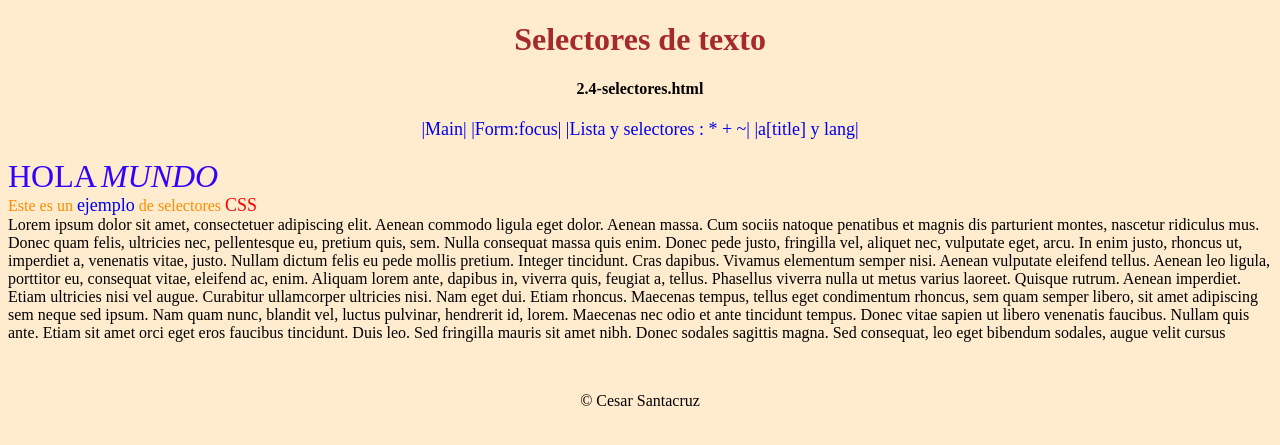
Repository: cesarsant0203/My_Study
Page: Introducción al desarrollo web/2-Css/2.4-selectores_css.html
The author's editor kept a copy of each file at every save. The page is drawn from the files as they stood at one save, then again after the next save.
The browser window is 1280 px wide. The pictures show the whole page.

Above is the page before, as saved 2020-04-28 19:52:57.

After the next save:
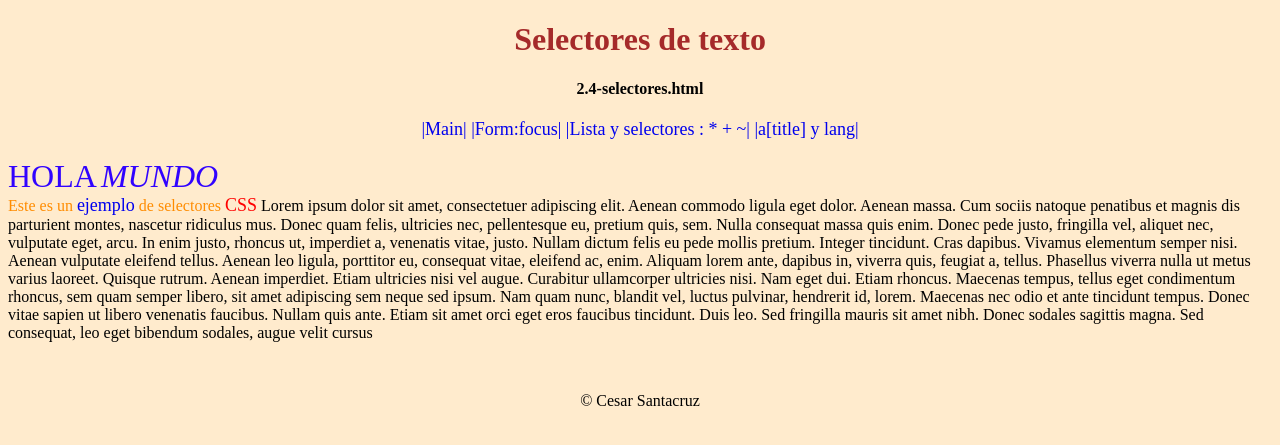
Saved 25 s later.
--- a/Introducción al desarrollo web/2-Css/2.4-selectores_css.html
+++ b/Introducción al desarrollo web/2-Css/2.4-selectores_css.html
@@ -24,7 +24,7 @@
         <span id="mundo">MUNDO</span>
     </div>
     <span id="mySpan">Este es un <a href="#" class="bold">ejemplo</a> de selectores</span>
-    <span class="bold red">CSS</span><br/> <span class="text" id="text">Lorem ipsum dolor sit amet, consectetuer adipiscing elit. Aenean commodo ligula
+    <span class="bold red">CSS</span> Lorem ipsum dolor sit amet, consectetuer adipiscing elit. Aenean commodo ligula
     eget dolor. Aenean massa. Cum sociis natoque penatibus et magnis dis parturient montes, nascetur ridiculus mus.
     Donec quam felis, ultricies nec, pellentesque eu, pretium quis, sem. Nulla consequat massa quis enim. Donec pede
     justo, fringilla vel, aliquet nec, vulputate eget, arcu. In enim justo, rhoncus ut, imperdiet a, venenatis vitae,
